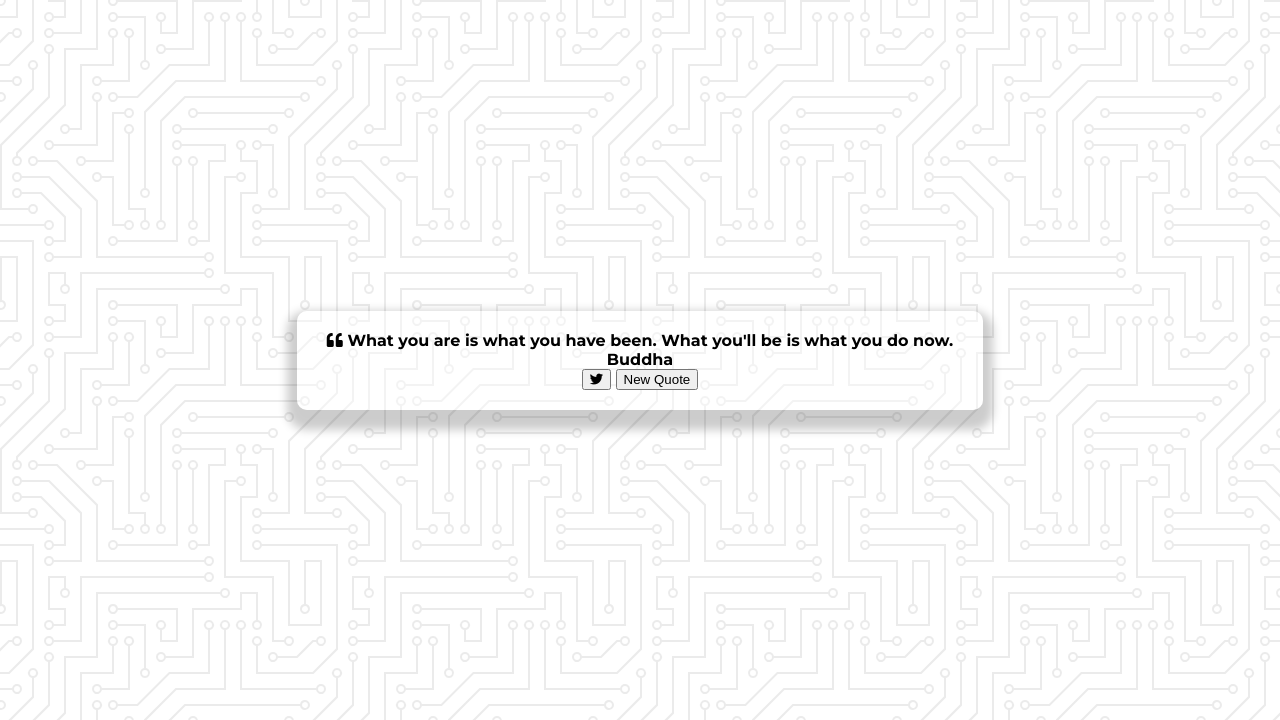
Repository: Badynko/quote-generator
Page: index.html
The author's editor kept a copy of each file at every save. The page is drawn from the files as they stood at one save, then again after the next save.
The browser window is 1280 px wide. The pictures show the whole page.
Some web libraries are served in a nearby version.

Above is the page before, as saved 2024-05-08 18:31:56.

### index.html
<!DOCTYPE html>
<html lang="en">
  <head>
    <meta charset="UTF-8" />
    <meta http-equiv="Permissions-Policy" content="interest-cohort=()" />
    <meta name="viewport" content="width=device-width, initial-scale=1.0" />
    <title>Template</title>
    <link rel="icon" type="image/png" href="favicon.png" />

    <link
      rel="stylesheet"
      href="https://cdnjs.cloudflare.com/ajax/libs/font-awesome/5.10.2/css/all.min.css"
    />
    <link rel="stylesheet" href="style.css" />
  </head>
  <body>
    <div class="quote-container" id="quote-container">
      <!-- Quote -->
      <div class="quote-text">
        <i class="fas fa-quote-left"></i>
        <span id="quote">
          What you are is what you have been. What you'll be is what you do now.
        </span>
      </div>
      <!-- Author -->
      <div class="quote-author">
        <span id="author">Buddha</span>
      </div>
      <!-- Buttons -->
      <div class="button-container">
        <button class="twitter-button" id="twitter" title="Tweet This!">
          <i class="fab fa-twitter"></i>
        </button>
        <button id="new-quote">New Quote</button>
      </div>
    </div>
    <!-- Script -->
    <script src="script.js"></script>
  </body>
</html>

### style.css
@import url("https://fonts.googleapis.com/css2?family=Montserrat:ital,wght@0,100..900;1,100..900&display=swap");

html {
  box-sizing: border-box;
}

body {
  margin: 0;
  min-height: 100vh;
  background-color: #ffffff;
  background-image: url("data:[embedded picture, 5330 characters]");
  color: #000;
  font-family: Montserrat, sans-serif;
  font-weight: 700;
  text-align: center;
  display: flex;
  align-items: center;
  justify-content: center;
}

.quote-container {
  width: auto;
  max-width: 900px;
  padding: 20px 30px;
  border-radius: 10px;
  background-color: rgba(255, 255, 255, 0.4);
  box-shadow: 0 10px 10px 10px rgba(0, 0, 0, 0.2);
}

Loaded but not shown: script.js (empty)

After the next save:
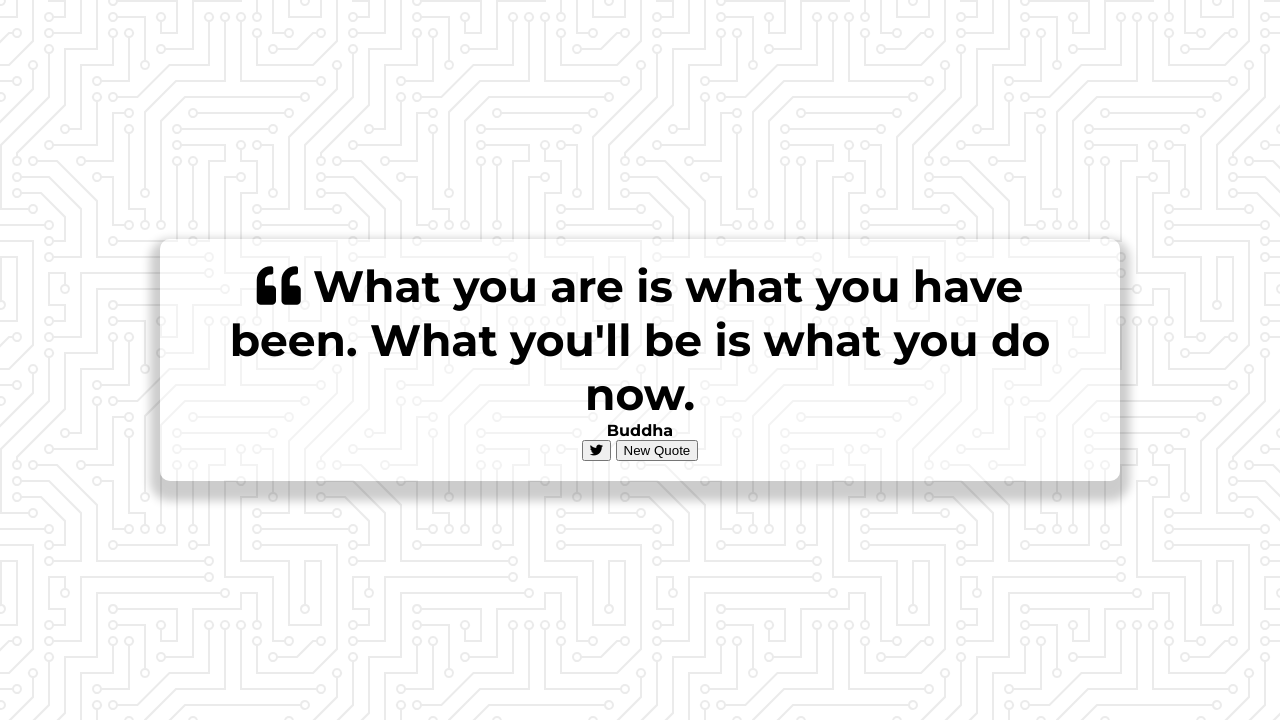
Saved 87 s later.
--- a/style.css
+++ b/style.css
@@ -26,3 +26,7 @@ body {
   background-color: rgba(255, 255, 255, 0.4);
   box-shadow: 0 10px 10px 10px rgba(0, 0, 0, 0.2);
 }
+
+.quote-text {
+  font-size: 2.75rem;
+}
